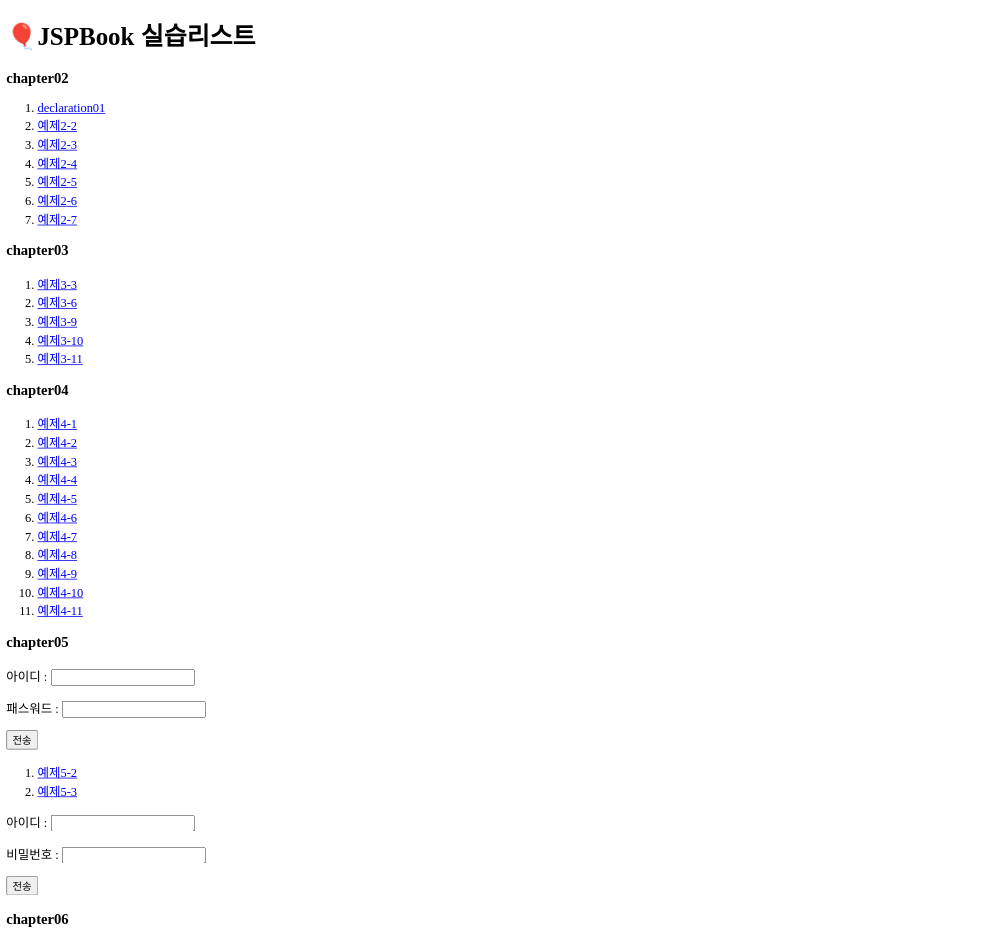
Repository: byeolchorong/ITedunet
Page: JSP/JSPBook/src/main/webapp/index.html
An editor plug-in stored every save of this project. The page is shown before and after the next save, followed by the edit.
The browser window is 1280 px wide. The pictures show the whole page, at 78% of full size.

Above is the page before, as saved 2025-05-26 06:22:43.

After the next save:
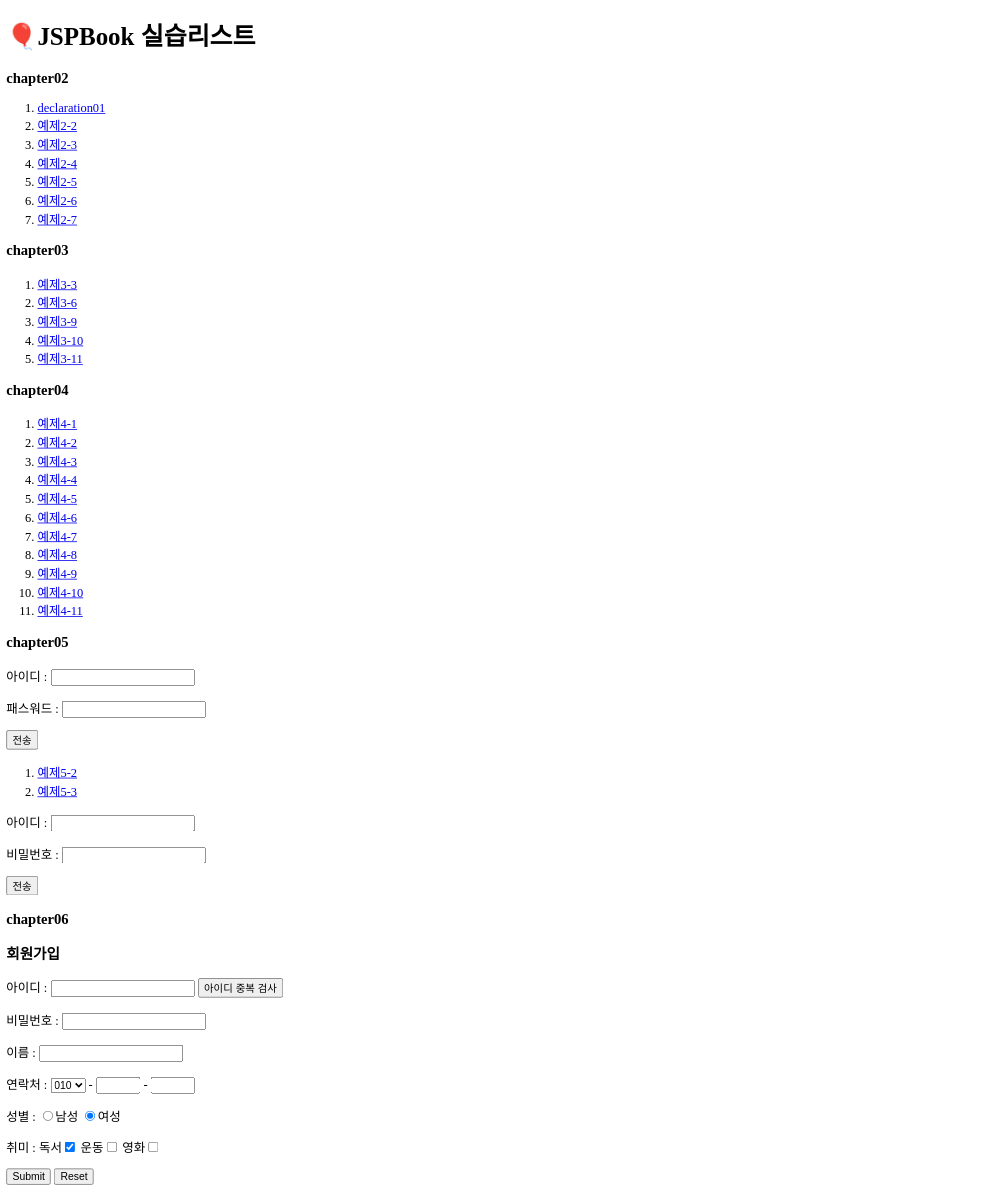
Saved 13 s later.
--- a/JSP/JSPBook/src/main/webapp/index.html
+++ b/JSP/JSPBook/src/main/webapp/index.html
@@ -60,7 +60,28 @@
 	</form>
 
 	<h3>chapter06</h3>
-
+	<h3>회원가입</h3>
+	<form action="#" name="member" method="get">
+		<p> 아이디 : <input type="text" name="id"> <input type="button" value="아이디 중복 검사">
+		<p> 비밀번호 : <input type="password" name="passwd">
+		<p> 이름 : <input type="text" name="name">
+		<p> 연락처 : 	<select name="phone1">
+						<option value="010">010</option>
+						<option value="011">011</option>
+						<option value="016">016</option>
+						<option value="017">017</option>
+						<option value="018">018</option>
+					</select> -
+				  	<input type="text" maxlength="4" size="4" name="phone2"> -
+				  	<input type="text" maxlength="4" size="4" name="phone3">
+		<p> 성별 : <input type="radio" name="gender" value="남성" >남성
+				  <input type="radio" name="gender" value="여성" checked>여성
+		<p> 취미 : 독서<input type="checkbox" name="hobby1" checked>
+				 운동<input type="checkbox" name="hobby2">
+				 영화<input type="checkbox" name="hobby3">
+		<p> <input type="submit" name="가입하기">
+			<input type="reset" name="다시쓰기">
+	</form>
 
 </body>
 </html>
